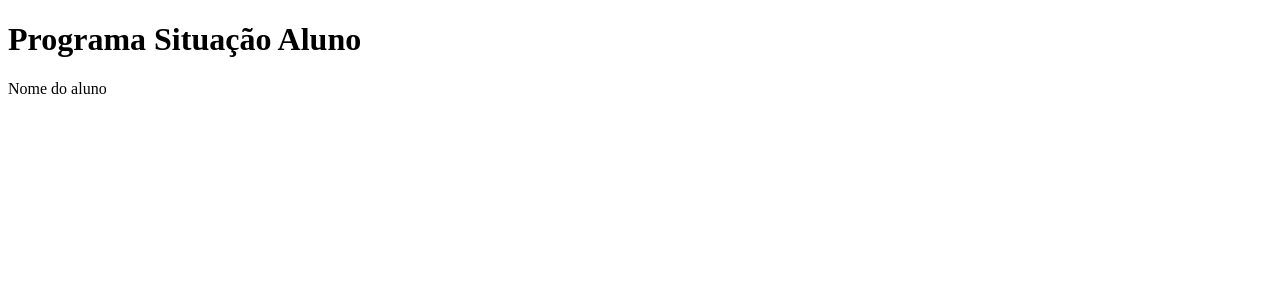
Repository: JhonMercedes/Javascript-book
Page: cap3/ex3_1.html
These files come from the project's save history. The page is drawn as it stood at one moment and after the next save; the edit follows.
The browser window is 1280 px wide. The pictures show the whole page.

Above is the page before, as saved 2021-12-08 23:43:44.

### cap3/ex3_1.html

<!DOCTYPE html>
<html lang="en">
<head>
    <meta charset="UTF-8">
    <meta http-equiv="X-UA-Compatible" content="IE=edge">
    <meta name="viewport" content="width=device-width, initial-scale=1.0">
    <title>Exemplo 3.1</title>
</head>
<body>
    <h1>Programa Situação Aluno</h1>
    <p>Nome do aluno

    </p>
</body>
</html>

After the next save:
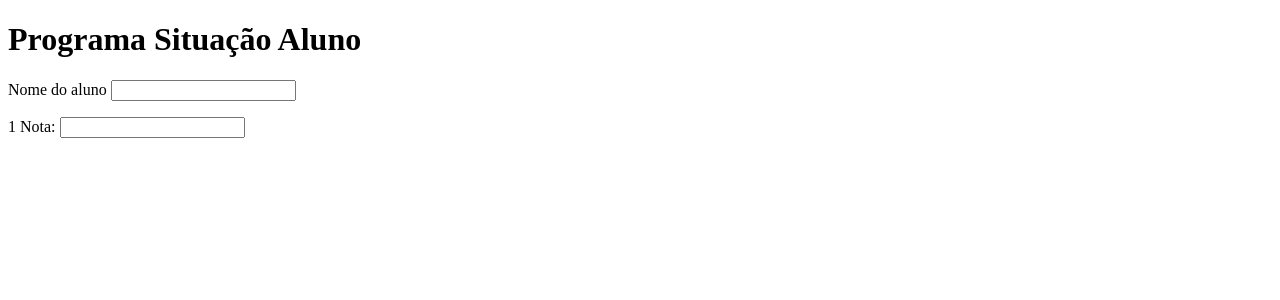
Saved 66 s later.
--- a/cap3/ex3_1.html
+++ b/cap3/ex3_1.html
@@ -10,7 +10,10 @@
 <body>
     <h1>Programa Situação Aluno</h1>
     <p>Nome do aluno
-
+        <input type="text" id="inAluno">
+    </p>
+    <p>1 Nota:
+        <input type="text" id="inPnota">
     </p>
 </body>
 </html>
